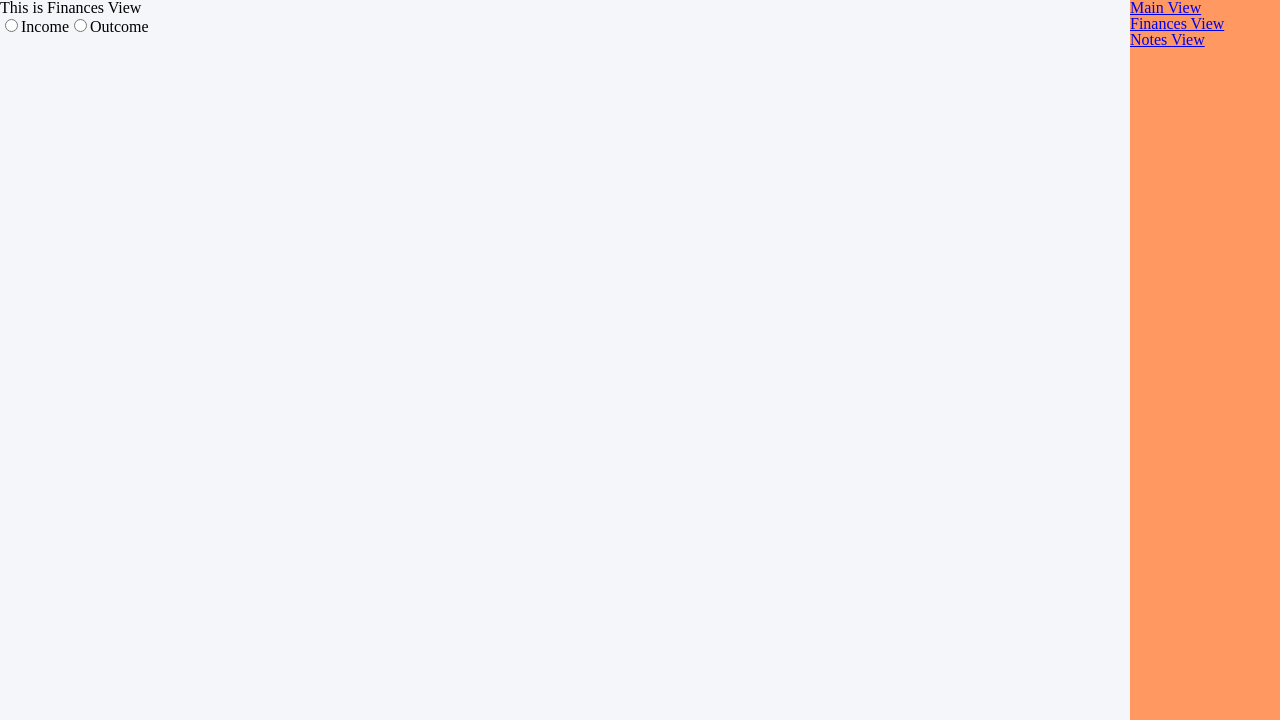
Repository: kryban93/Organiser-App
Page: /finances
An editor plug-in stored every save of this project. The page is shown before and after the next save, followed by the edit.
The browser window is 1280 px wide. The pictures show the whole page.
The project was rebuilt for these pictures with package versions that can differ from the ones it lists, and the page was loaded fresh each time. Also part of the build but not shown: src/index.css, src/Components/MainView/MainView.js, src/Components/FinancesView/FinancesView.module.scss, src/Components/NotesView/NotesView.scss, src/Components/Note/Note.scss, src/Components/Note/Note.js, src/Components/NotesView/NotesView.js.

Above is the page before, as saved 2020-10-13 19:39:33.

After the next save:
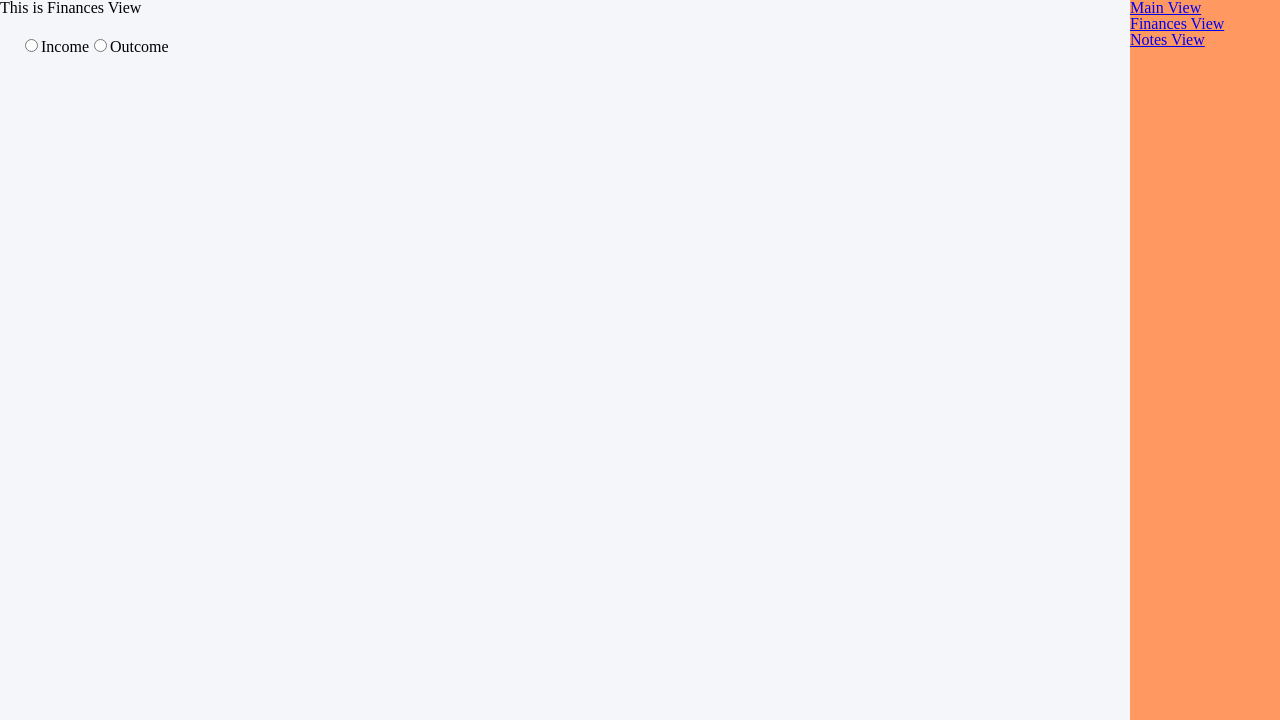
Saved 16 s later.
--- a/src/Components/FinancesView/FinancesView.js
+++ b/src/Components/FinancesView/FinancesView.js
@@ -1,5 +1,5 @@
 import React from 'react';
-import './FinancesView.module.scss';
+import './FinancesView.scss';
 
 const FinancesView = () => {
   return (
